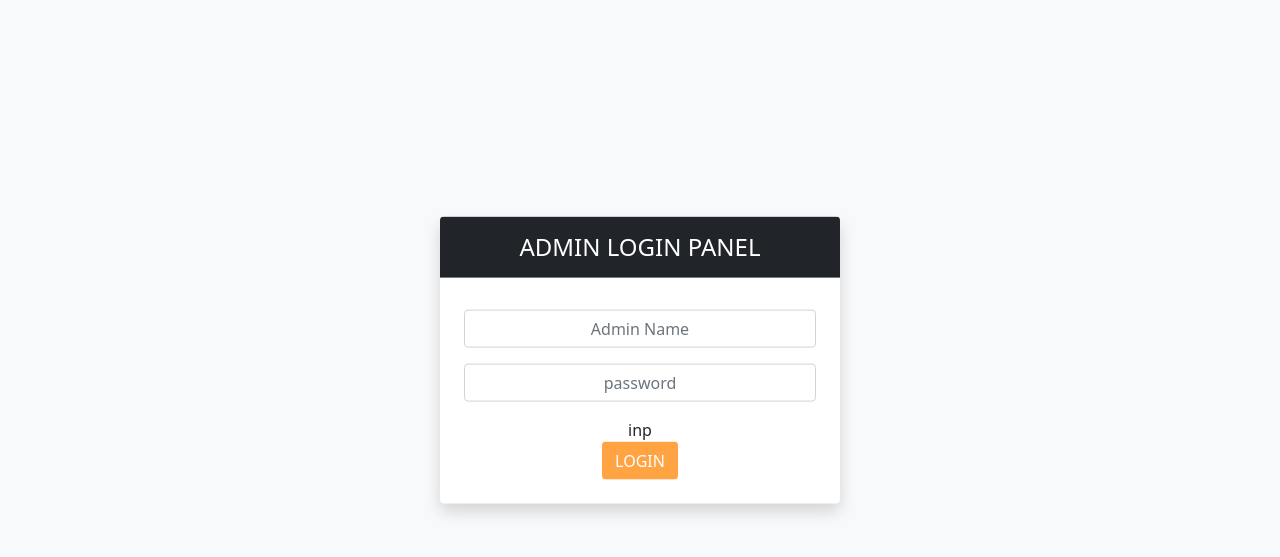
Repository: Priya-23Tiwari/HMS
Page: http://localhost/hmwebsite/admin/index.php
These files come from the project's save history. The page is drawn as it stood at one moment and after the next save; the edit follows.
The browser window is 1280 px wide. The pictures show the whole page.
Some web fonts or font styles are not loaded; a fallback is used. The page is run by PHP 8.4 with error messages shown; the project is at /var/www/html/.

Above is the page before, as saved 2025-03-07 16:37:55.

After the next save:
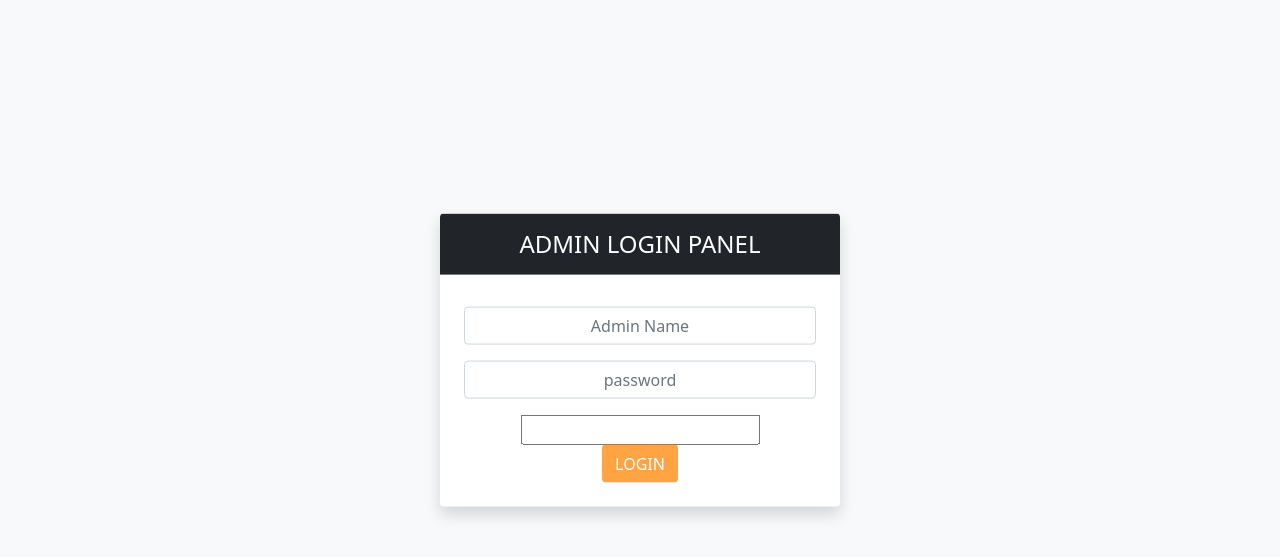
Saved 5 s later.
--- a/hmwebsite/admin/index.php
+++ b/hmwebsite/admin/index.php
@@ -42,7 +42,7 @@ require('inc/db_config.php');
                     <input name="admin_pass" required type="password" class="form-control shadow-none text-center" placeholder="password">
                 </div>
                 <div>
-                    inp
+                    <input type="text">
                 </div>
                 <button name="login" type="submit" class="btn text-white custom-bg shadow-none">LOGIN</button>
             </div>
